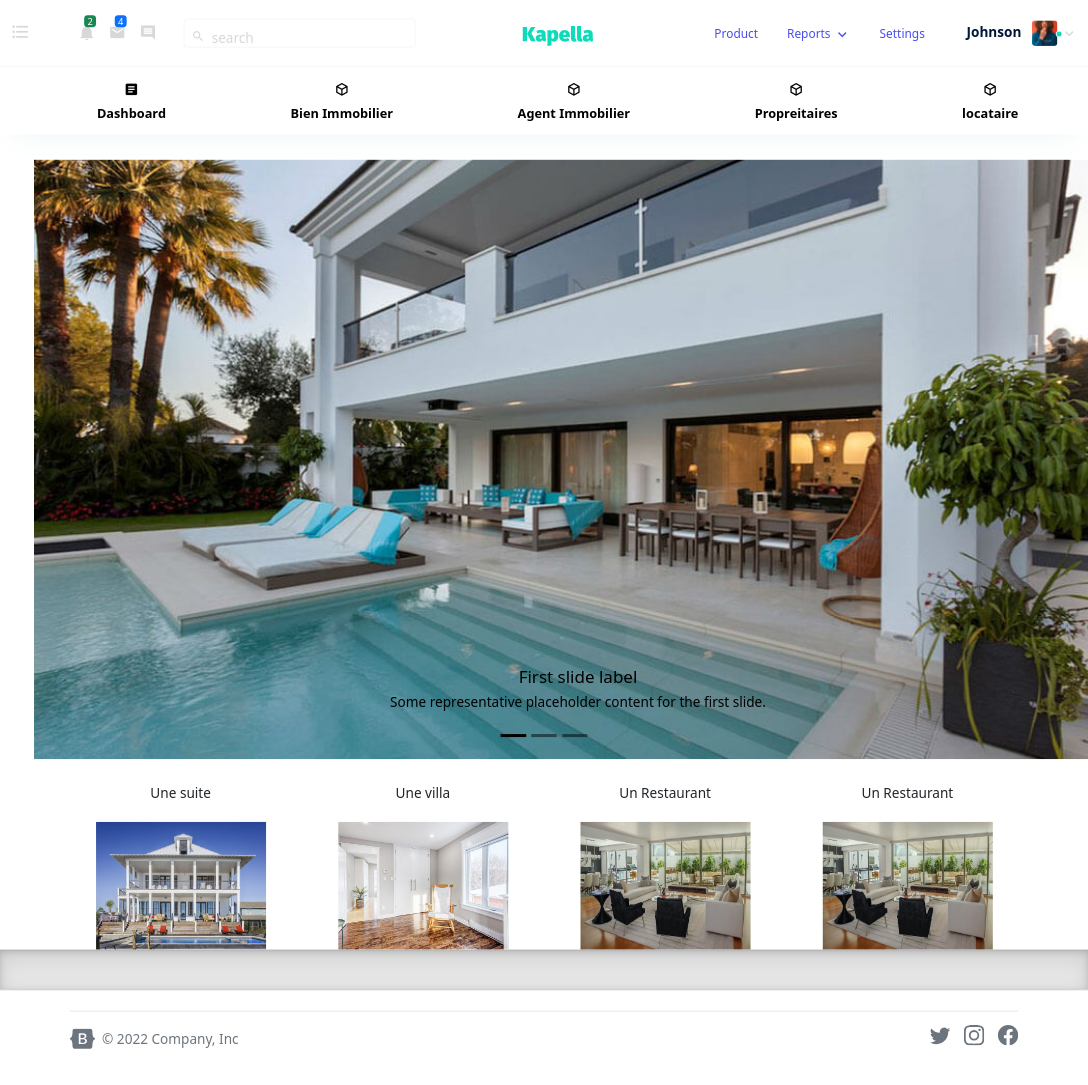
Repository: dimitri0004/Bien
Page: templates/dashbord/index.html.twig
An editor plug-in stored every save of this project. The page is shown before and after the next save, followed by the edit.
The browser window is 1280 px wide. The pictures show the whole page, at 85% of full size.
The page is a Twig template of a Symfony application; nobody is signed in and links lead nowhere. The template is opened directly, without the code that normally fills it, so the values that code supplies are empty.

Above is the page before, as saved 2023-04-05 01:39:35.
Console error: TypeError: Cannot read properties of null (reading 'addEventListener')

### templates/dashbord/index.html.twig
{% extends 'base.html.twig' %}

{% block title %}Hello DashbordController!{% endblock %}

{% block body %}

    <div id="carouselExampleDark" class="carousel carousel-dark slide">
        <div class="carousel-indicators">
          <button type="button" data-bs-target="#carouselExampleDark" data-bs-slide-to="0" class="active" aria-current="true" aria-label="Slide 1"></button>
          <button type="button" data-bs-target="#carouselExampleDark" data-bs-slide-to="1" aria-label="Slide 2"></button>
          <button type="button" data-bs-target="#carouselExampleDark" data-bs-slide-to="2" aria-label="Slide 3"></button>
        </div>
        <div class="carousel-inner" style="margin-left: 40px; margin-right: 40px; margin-top: 30px; margin-bottom:30px;" >
          <div class="carousel-item active" data-bs-interval="10000">
            <img src="{{ asset('uploads/image2.jpg') }}" class="d-block w-100" alt="...">
            <div class="carousel-caption d-none d-md-block">
              <h5  style="color:black"ss>First slide label</h5>
              <p style="color:black">Some representative placeholder content for the first slide.</p>
            </div>
          </div>
          <div class="carousel-item" data-bs-interval="2000">
            <img src="{{ asset('uploads/image1.jpg') }}" class="d-block w-100" alt="...">
            <div class="carousel-caption d-none d-md-block">
              <h5  style="color:black">Second slide label</h5>
              <p  style="color:black">Some representative placeholder content for the second slide.</p>
            </div>
          </div>
          <div class="carousel-item">
            <img src="{{ asset('uploads/image3.jpg') }}" class="d-block w-100" alt="...">
            <div class="carousel-caption d-none d-md-block">
              <h5  style="color:black">Third slide label</h5>
              <p  style="color:black">Some representative placeholder content for the third slide.</p>
            </div>
          </div>
        </div>
        <button class="carousel-control-prev" type="button" data-bs-target="#carouselExampleDark" data-bs-slide="prev">
          <span class="carousel-control-prev-icon" aria-hidden="true"></span>
          <span class="visually-hidden">Previous</span>
        </button>
        <button class="carousel-control-next" type="button" data-bs-target="#carouselExampleDark" data-bs-slide="next">
          <span class="carousel-control-next-icon" aria-hidden="true"></span>
          <span class="visually-hidden">Next</span>
        </button>
      </div>

      <div class="container text-center">
        <div class="row">
            <div class="col" >
                <p> Une suite</p>
                <img class='mt-2' style="width:200px ; height:150px" src="{{ asset('uploads/img.jpg') }}" class="d-block w-100" alt="...">
            </div>
            <div class="col">
                    <p>Une villa </p>
                    <img class='mt-2' style="width:200px ; height:150px" src="{{ asset('uploads/img4.jpg') }}" class="d-block w-100" alt="...">
            </div>
            <div class="col">
                    <p>Un Restaurant </p>
                    <img class='mt-2'style="width:200px ; height:150px" src="{{ asset('uploads/img7.jpg') }}" class="d-block w-100" alt="...">
            </div>
            <div class="col">
                <p>Un Restaurant </p>
                <img class='mt-2'style="width:200px ; height:150px" src="{{ asset('uploads/img7.jpg') }}" class="d-block w-100" alt="...">
            </div>
        </div>
    </div>



{% endblock %}

### templates/base.html.twig
<!DOCTYPE html>
<html>
    <head>
        <meta charset="UTF-8">
        <meta name="viewport" content="width=device-width, initial-scale=1, shrink-to-fit=no">
        <title>{% block title %}Welcome!{% endblock %}</title>
        <link rel="icon" href="data:[embedded picture, 143 characters]">
        {# Run `composer require symfony/webpack-encore-bundle` to start using Symfony UX #}
        <!-- Required meta tags -->
        <!-- base:css -->




        {% block stylesheets %}
            <link rel="stylesheet" href="{{asset('vendors/base/vendor.bundle.base.css')}}">
            <link rel="stylesheet" href="{{asset('vendors/mdi/css/materialdesignicons.min.css')}}">
            <link rel="stylesheet" href="{{asset('css/style.css')}}">
            <link rel="shortcut icon" href="{{asset('images/favicon.png')}}" >
            <link rel="canonical" href="https://getbootstrap.com/docs/5.3/examples/footers/">
            <link href="{{ asset('css/bootstrap.min.css') }}" rel="stylesheet">





<link href="../assets/dist/css/bootstrap.min.css" rel="stylesheet">


        {% endblock %}



        {% block javascripts %} {% endblock %}

        <script src="{{asset('vendors/base/vendor.bundle.base.js')}}" defer></script>
        <script src="{{asset('js/template.js')}}" defer></script>
        <script src="{{asset('vendors/chart.js/Chart.min.js')}}"defer></script>
        <script src="{{asset('vendors/progressbar.js/progressbar.min.js')}}"></script>
        <script src="{{asset('vendors/chartjs-plugin-datalabels/chartjs-plugin-datalabels.js')}}"defer></script>
        <script src="{{asset('vendors/justgage/raphael-2.1.4.min.js')}}"defer></script>
        <script src="{{asset('vendors/justgage/justgage.js')}}"defer></script>
        <script src="{{asset('js/jquery.cookie.js')}}" type="text/javascript" defer></script>
        <script src="{{asset('js/dashboard.js')}}" defer></script>
        <script src="{{ asset('js/bootstrap.bundle.min.js') }}" defer></script>



    </head>
    <body>
        {% include "_partiels/nav.html.twig" %}
        {% block body %}

        {% endblock %}
        {% include "_partiels/footer.html.twig" %}
    </body>
</html>

### templates/_partiels/nav.html.twig

<div class="container-scroller">
    <div class="row p-0 m-0 proBanner" id="proBanner">
        <div class="col-md-12 p-0 m-0">

        </div>
    </div>
<!-- partial:partials/_horizontal-navbar.html -->
<div class="horizontal-menu">
<nav class="navbar top-navbar col-lg-12 col-12 p-0">
<div class="container-fluid">
<div class="navbar-menu-wrapper d-flex align-items-center justify-content-between">
<ul class="navbar-nav navbar-nav-left">
  <li class="nav-item ms-0 me-5 d-lg-flex d-none">
    <a href="#" class="nav-link horizontal-nav-left-menu"><i class="mdi mdi-format-list-bulleted"></i></a>
  </li>
  <li class="nav-item dropdown">
    <a class="nav-link count-indicator dropdown-toggle d-flex align-items-center justify-content-center" id="notificationDropdown" href="#" data-bs-toggle="dropdown">
      <i class="mdi mdi-bell mx-0"></i>
      <span class="count bg-success">2</span>
    </a>
    <div class="dropdown-menu dropdown-menu-right navbar-dropdown preview-list" aria-labelledby="notificationDropdown">
      <p class="mb-0 font-weight-normal float-left dropdown-header">Notifications</p>
      <a class="dropdown-item preview-item">
        <div class="preview-thumbnail">
            <div class="preview-icon bg-success">
              <i class="mdi mdi-information mx-0"></i>
            </div>
        </div>
        <div class="preview-item-content">
            <h6 class="preview-subject font-weight-normal">Application Error</h6>
            <p class="font-weight-light small-text mb-0 text-muted">
              Just now
            </p>
        </div>
      </a>
      <a class="dropdown-item preview-item">
        <div class="preview-thumbnail">
            <div class="preview-icon bg-warning">
              <i class="mdi mdi-settings mx-0"></i>
            </div>
        </div>
        <div class="preview-item-content">
            <h6 class="preview-subject font-weight-normal">Settings</h6>
            <p class="font-weight-light small-text mb-0 text-muted">
              Private message
            </p>
        </div>
      </a>
      <a class="dropdown-item preview-item">
        <div class="preview-thumbnail">
            <div class="preview-icon bg-info">
              <i class="mdi mdi-account-box mx-0"></i>
            </div>
        </div>
        <div class="preview-item-content">
            <h6 class="preview-subject font-weight-normal">New user registration</h6>
            <p class="font-weight-light small-text mb-0 text-muted">
              2 days ago
            </p>
        </div>
      </a>
    </div>
  </li>
  <li class="nav-item dropdown">
    <a class="nav-link count-indicator dropdown-toggle d-flex justify-content-center align-items-center" id="messageDropdown" href="#" data-bs-toggle="dropdown">
      <i class="mdi mdi-email mx-0"></i>
      <span class="count bg-primary">4</span>
    </a>
    <div class="dropdown-menu dropdown-menu-right navbar-dropdown preview-list" aria-labelledby="messageDropdown">
      <p class="mb-0 font-weight-normal float-left dropdown-header">Messages</p>
      <a class="dropdown-item preview-item">
        <div class="preview-thumbnail">
            <img src="images/faces/face4.jpg" alt="image" class="profile-pic">
        </div>
        <div class="preview-item-content flex-grow">
            <h6 class="preview-subject ellipsis font-weight-normal">David Grey
            </h6>
            <p class="font-weight-light small-text text-muted mb-0">
              The meeting is cancelled
            </p>
        </div>
      </a>
      <a class="dropdown-item preview-item">
        <div class="preview-thumbnail">
            <img src="images/faces/face2.jpg" alt="image" class="profile-pic">
        </div>
        <div class="preview-item-content flex-grow">
            <h6 class="preview-subject ellipsis font-weight-normal">Tim Cook
            </h6>
            <p class="font-weight-light small-text text-muted mb-0">
              New product launch
            </p>
        </div>
      </a>
      <a class="dropdown-item preview-item">
        <div class="preview-thumbnail">
            <img src="images/faces/face3.jpg" alt="image" class="profile-pic">
        </div>
        <div class="preview-item-content flex-grow">
            <h6 class="preview-subject ellipsis font-weight-normal"> Johnson
            </h6>
            <p class="font-weight-light small-text text-muted mb-0">
              Upcoming board meeting
            </p>
        </div>
      </a>
    </div>
  </li>
  <li class="nav-item dropdown">
    <a href="#" class="nav-link count-indicator "><i class="mdi mdi-message-reply-text"></i></a>
  </li>
  <li class="nav-item nav-search d-none d-lg-block ms-3">
    <div class="input-group">
        <div class="input-group-prepend">
          <span class="input-group-text" id="search">
            <i class="mdi mdi-magnify"></i>
          </span>
        </div>
        <input type="text" class="form-control" placeholder="search" aria-label="search" aria-describedby="search">
    </div>
  </li>
</ul>
<div class="text-center navbar-brand-wrapper d-flex align-items-center justify-content-center">
    <a class="navbar-brand brand-logo" href="index.html"><img src="{{ asset('images/logo.svg') }}" alt="logo"/></a>
    <a class="navbar-brand brand-logo-mini" href="index.html"><img src="{{ asset('images/logo-mini.svg') }}" alt="logo"/></a>
</div>
<ul class="navbar-nav navbar-nav-right">
    <li class="nav-item dropdown  d-lg-flex d-none">
      <button type="button" class="btn btn-inverse-primary btn-sm">Product </button>
    </li>
    <li class="nav-item dropdown d-lg-flex d-none">
      <a class="dropdown-toggle show-dropdown-arrow btn btn-inverse-primary btn-sm" id="nreportDropdown" href="#" data-bs-toggle="dropdown">
      Reports
      </a>
      <div class="dropdown-menu dropdown-menu-right navbar-dropdown preview-list" aria-labelledby="nreportDropdown">
          <p class="mb-0 font-weight-medium float-left dropdown-header">Reports</p>
          <a class="dropdown-item">
            <i class="mdi mdi-file-pdf text-primary"></i>
            Pdf
          </a>
          <a class="dropdown-item">
            <i class="mdi mdi-file-excel text-primary"></i>
            Exel
          </a>
      </div>
    </li>
    <li class="nav-item dropdown d-lg-flex d-none">
      <button type="button" class="btn btn-inverse-primary btn-sm">Settings</button>
    </li>
    <li class="nav-item nav-profile dropdown">
      <a class="nav-link dropdown-toggle" href="#" data-bs-toggle="dropdown" id="profileDropdown">
        <span class="nav-profile-name">Johnson</span>
        <span class="online-status"></span>
        <img src="{{ asset('images/faces/face28.png') }}" alt="profile"/>
      </a>
      <div class="dropdown-menu dropdown-menu-right navbar-dropdown" aria-labelledby="profileDropdown">
          <a class="dropdown-item">
            <i class="mdi mdi-settings text-primary"></i>
            Settings
          </a>
          <a class="dropdown-item">
            <i class="mdi mdi-logout text-primary"></i>
            Logout
          </a>
      </div>
    </li>
</ul>
<button class="navbar-toggler navbar-toggler-right d-lg-none align-self-center" type="button" data-toggle="horizontal-menu-toggle">
  <span class="mdi mdi-menu"></span>
</button>
</div>
</div>
</nav>
<nav class="bottom-navbar">
<div class="container">
<ul class="nav page-navigation">
  <li class="nav-item">
    <a class="nav-link" href="{{ path('dashbord') }}">
      <i class="mdi mdi-file-document-box menu-icon"></i>
      <span class="menu-title">Dashboard</span>
    </a>
  </li>
  <li class="nav-item">
      <a href="#" class="nav-link">
        <i class="mdi mdi-cube-outline menu-icon"></i>
        <span class="menu-title">Bien Immobilier</span>
        <i class="menu-arrow"></i>
      </a>
      <div class="submenu">
          <ul>
            <li class="nav-item"><a class="nav-link" href="{{ path('bienImmobilier_ajouter') }}">Ajouter</a></li>
            <li class="nav-item"><a class="nav-link" href="{{ path('bienImmobilier_liste') }}">Lister</a></li>
            <li class="nav-item"><a class="nav-link" href="{{ path('bienImmobilier_afficher') }}">Afficher</a></li>
            <li class="nav-item"><a class="nav-link" href="{{ path('depense_afficher') }}">Depense</a></li>
            <li class="nav-item"><a class="nav-link" href="{{ path('revenu_afficher') }}">Revenu</a></li>
          </ul>
      </div>
  </li>
  <li class="nav-item">
      <a href="#" class="nav-link">
        <i class="mdi mdi-cube-outline menu-icon"></i>
        <span class="menu-title">Agent Immobilier</span>
        <i class="menu-arrow"></i>
      </a>
      <div class="submenu">
      <ul>
            <li class="nav-item"><a class="nav-link" href="{{ path('agentImmobilier_ajouter') }}">Ajouter</a></li>
            <li class="nav-item"><a class="nav-link" href="pages/ui-features/typography.html">Lister</a></li>
            <li class="nav-item"><a class="nav-link" href="{{ path('agentImmobilier_afficher') }}">Afficher</a></li>

      </ul>
    </div>
  </li>
  <li class="nav-item">
      <a href="#" class="nav-link">
        <i class="mdi mdi-cube-outline menu-icon"></i>
        <span class="menu-title">Propreitaires</span>
        <i class="menu-arrow"></i>
      </a>
      <div class="submenu">
        <ul>
            <li class="nav-item"><a class="nav-link" href="{{ path('propreitaire_ajouter') }}">Ajouter</a></li>
            <li class="nav-item"><a class="nav-link" href="{{ path('propreitaire_afficher') }}">Afficher</a></li>
        </ul>
    </div>
  </li>
  <li class="nav-item">
      <a href="#" class="nav-link">
        <i class="mdi mdi-cube-outline menu-icon"></i>
        <span class="menu-title">locataire</span>
        <i class="menu-arrow"></i>
      </a>
      <div class="submenu">
        <ul>
            <li class="nav-item"><a class="nav-link" href="{{ path('locataire_ajouter') }}">Ajouter</a></li>
            <li class="nav-item"><a class="nav-link" href="{{ path('locataire_afficher') }}">Afficher</a></li>
            <li class="nav-item"><a class="nav-link" href="{{ path('facture_afficher') }}">Facture</a></li>
            <li class="nav-item"><a class="nav-link" href="{{ path('contratLocation_afficher') }}">Contrat de Location</a></li>
        </ul>
    </div>
  </li>
</ul>
</div>
</nav>
</div>

### templates/_partiels/footer.html.twig
<style>
    .bd-placeholder-img {
      font-size: 1.125rem;
      text-anchor: middle;
      -webkit-user-select: none;
      -moz-user-select: none;
      user-select: none;
    }

    @media (min-width: 768px) {
      .bd-placeholder-img-lg {
        font-size: 3.5rem;
      }
    }

    .b-example-divider {
      height: 3rem;
      background-color: rgba(0, 0, 0, .1);
      border: solid rgba(0, 0, 0, .15);
      border-width: 1px 0;
      box-shadow: inset 0 .5em 1.5em rgba(0, 0, 0, .1), inset 0 .125em .5em rgba(0, 0, 0, .15);
    }

    .b-example-vr {
      flex-shrink: 0;
      width: 1.5rem;
      height: 100vh;
    }

    .bi {
      vertical-align: -.125em;
      fill: currentColor;
    }

    .nav-scroller {
      position: relative;
      z-index: 2;
      height: 2.75rem;
      overflow-y: hidden;
    }

    .nav-scroller .nav {
      display: flex;
      flex-wrap: nowrap;
      padding-bottom: 1rem;
      margin-top: -1px;
      overflow-x: auto;
      text-align: center;
      white-space: nowrap;
      -webkit-overflow-scrolling: touch;
    }
</style>
<body>
    <svg xmlns="http://www.w3.org/2000/svg" style="display: none;">
        <symbol id="bootstrap" viewBox="0 0 118 94">
          <title>Bootstrap</title>
          <path fill-rule="evenodd" clip-rule="evenodd" d="M24.509 0c-6.733 0-11.715 5.893-11.492 12.284.214 6.14-.064 14.092-2.066 20.577C8.943 39.365 5.547 43.485 0 44.014v5.972c5.547.529 8.943 4.649 10.951 11.153 2.002 6.485 2.28 14.437 2.066 20.577C12.794 88.106 17.776 94 24.51 94H93.5c6.733 0 11.714-5.893 11.491-12.284-.214-6.14.064-14.092 2.066-20.577 2.009-6.504 5.396-10.624 10.943-11.153v-5.972c-5.547-.529-8.934-4.649-10.943-11.153-2.002-6.484-2.28-14.437-2.066-20.577C105.214 5.894 100.233 0 93.5 0H24.508zM80 57.863C80 66.663 73.436 72 62.543 72H44a2 2 0 01-2-2V24a2 2 0 012-2h18.437c9.083 0 15.044 4.92 15.044 12.474 0 5.302-4.01 10.049-9.119 10.88v.277C75.317 46.394 80 51.21 80 57.863zM60.521 28.34H49.948v14.934h8.905c6.884 0 10.68-2.772 10.68-7.727 0-4.643-3.264-7.207-9.012-7.207zM49.948 49.2v16.458H60.91c7.167 0 10.964-2.876 10.964-8.281 0-5.406-3.903-8.178-11.425-8.178H49.948z"></path>
        </symbol>
        <symbol id="facebook" viewBox="0 0 16 16">
          <path d="M16 8.049c0-4.446-3.582-8.05-8-8.05C3.58 0-.002 3.603-.002 8.05c0 4.017 2.926 7.347 6.75 7.951v-5.625h-2.03V8.05H6.75V6.275c0-2.017 1.195-3.131 3.022-3.131.876 0 1.791.157 1.791.157v1.98h-1.009c-.993 0-1.303.621-1.303 1.258v1.51h2.218l-.354 2.326H9.25V16c3.824-.604 6.75-3.934 6.75-7.951z"/>
        </symbol>
        <symbol id="instagram" viewBox="0 0 16 16">
            <path d="M8 0C5.829 0 5.556.01 4.703.048 3.85.088 3.269.222 2.76.42a3.917 3.917 0 0 0-1.417.923A3.927 3.927 0 0 0 .42 2.76C.222 3.268.087 3.85.048 4.7.01 5.555 0 5.827 0 8.001c0 2.172.01 2.444.048 3.297.04.852.174 1.433.372 1.942.205.526.478.972.923 1.417.444.445.89.719 1.416.923.51.198 1.09.333 1.942.372C5.555 15.99 5.827 16 8 16s2.444-.01 3.298-.048c.851-.04 1.434-.174 1.943-.372a3.916 3.916 0 0 0 1.416-.923c.445-.445.718-.891.923-1.417.197-.509.332-1.09.372-1.942C15.99 10.445 16 10.173 16 8s-.01-2.445-.048-3.299c-.04-.851-.175-1.433-.372-1.941a3.926 3.926 0 0 0-.923-1.417A3.911 3.911 0 0 0 13.24.42c-.51-.198-1.092-.333-1.943-.372C10.443.01 10.172 0 7.998 0h.003zm-.717 1.442h.718c2.136 0 2.389.007 3.232.046.78.035 1.204.166 1.486.275.373.145.64.319.92.599.28.28.453.546.598.92.11.281.24.705.275 1.485.039.843.047 1.096.047 3.231s-.008 2.389-.047 3.232c-.035.78-.166 1.203-.275 1.485a2.47 2.47 0 0 1-.599.919c-.28.28-.546.453-.92.598-.28.11-.704.24-1.485.276-.843.038-1.096.047-3.232.047s-2.39-.009-3.233-.047c-.78-.036-1.203-.166-1.485-.276a2.478 2.478 0 0 1-.92-.598 2.48 2.48 0 0 1-.6-.92c-.109-.281-.24-.705-.275-1.485-.038-.843-.046-1.096-.046-3.233 0-2.136.008-2.388.046-3.231.036-.78.166-1.204.276-1.486.145-.373.319-.64.599-.92.28-.28.546-.453.92-.598.282-.11.705-.24 1.485-.276.738-.034 1.024-.044 2.515-.045v.002zm4.988 1.328a.96.96 0 1 0 0 1.92.96.96 0 0 0 0-1.92zm-4.27 1.122a4.109 4.109 0 1 0 0 8.217 4.109 4.109 0 0 0 0-8.217zm0 1.441a2.667 2.667 0 1 1 0 5.334 2.667 2.667 0 0 1 0-5.334z"/>
        </symbol>
        <symbol id="twitter" viewBox="0 0 16 16">
          <path d="M5.026 15c6.038 0 9.341-5.003 9.341-9.334 0-.14 0-.282-.006-.422A6.685 6.685 0 0 0 16 3.542a6.658 6.658 0 0 1-1.889.518 3.301 3.301 0 0 0 1.447-1.817 6.533 6.533 0 0 1-2.087.793A3.286 3.286 0 0 0 7.875 6.03a9.325 9.325 0 0 1-6.767-3.429 3.289 3.289 0 0 0 1.018 4.382A3.323 3.323 0 0 1 .64 6.575v.045a3.288 3.288 0 0 0 2.632 3.218 3.203 3.203 0 0 1-.865.115 3.23 3.23 0 0 1-.614-.057 3.283 3.283 0 0 0 3.067 2.277A6.588 6.588 0 0 1 .78 13.58a6.32 6.32 0 0 1-.78-.045A9.344 9.344 0 0 0 5.026 15z"/>
        </symbol>
      </svg>

      <div class="b-example-divider"></div>
      <div class="container">
        <footer class="d-flex flex-wrap justify-content-between align-items-center py-3 my-4 border-top">
          <div class="col-md-4 d-flex align-items-center">
            <a href="/" class="mb-3 me-2 mb-md-0 text-muted text-decoration-none lh-1">
              <svg class="bi" width="30" height="24"><use xlink:href="#bootstrap"/></svg>
            </a>
            <span class="mb-3 mb-md-0 text-muted">&copy; 2022 Company, Inc</span>
          </div>

          <ul class="nav col-md-4 justify-content-end list-unstyled d-flex">
            <li class="ms-3"><a class="text-muted" href="#"><svg class="bi" width="24" height="24"><use xlink:href="#twitter"/></svg></a></li>
            <li class="ms-3"><a class="text-muted" href="#"><svg class="bi" width="24" height="24"><use xlink:href="#instagram"/></svg></a></li>
            <li class="ms-3"><a class="text-muted" href="#"><svg class="bi" width="24" height="24"><use xlink:href="#facebook"/></svg></a></li>
          </ul>
        </footer>
      </div>
</body>

Loaded but not shown: public/vendors/base/vendor.bundle.base.css (common file); public/vendors/mdi/css/materialdesignicons.min.css (library); public/css/style.css (library); public/css/bootstrap.min.css (library); public/vendors/progressbar.js/progressbar.min.js (library); public/vendors/base/vendor.bundle.base.js (library); public/vendors/chart.js/Chart.min.js (library); public/vendors/chartjs-plugin-datalabels/chartjs-plugin-datalabels.js (library); public/vendors/justgage/raphael-2.1.4.min.js (library); public/vendors/justgage/justgage.js (library); public/js/jquery.cookie.js (library); public/js/bootstrap.bundle.min.js (library); public/images/logo.svg (3 lines, source omitted); public/images/logo-mini.svg (12 lines, source omitted); public/js/dashboard.js (1172 lines, source omitted); public/js/template.js (126 lines, source omitted)

After the next save:
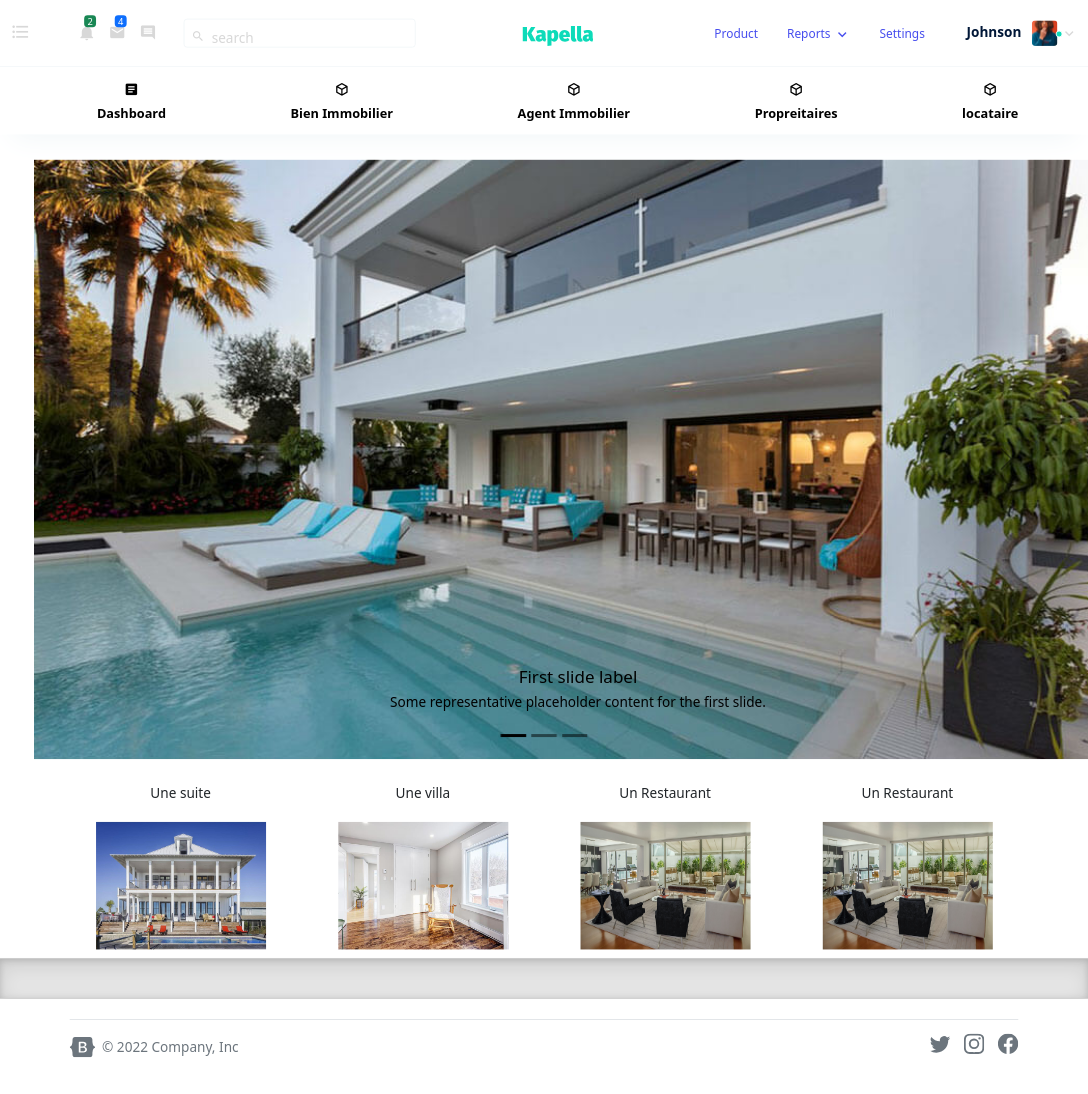
Saved 14 s later.
--- a/templates/dashbord/index.html.twig
+++ b/templates/dashbord/index.html.twig
@@ -43,7 +43,7 @@
         </button>
       </div>
 
-      <div class="container text-center">
+      <div class="container text-center" style="margin-bottom: 10px;">
         <div class="row">
             <div class="col" >
                 <p> Une suite</p>
